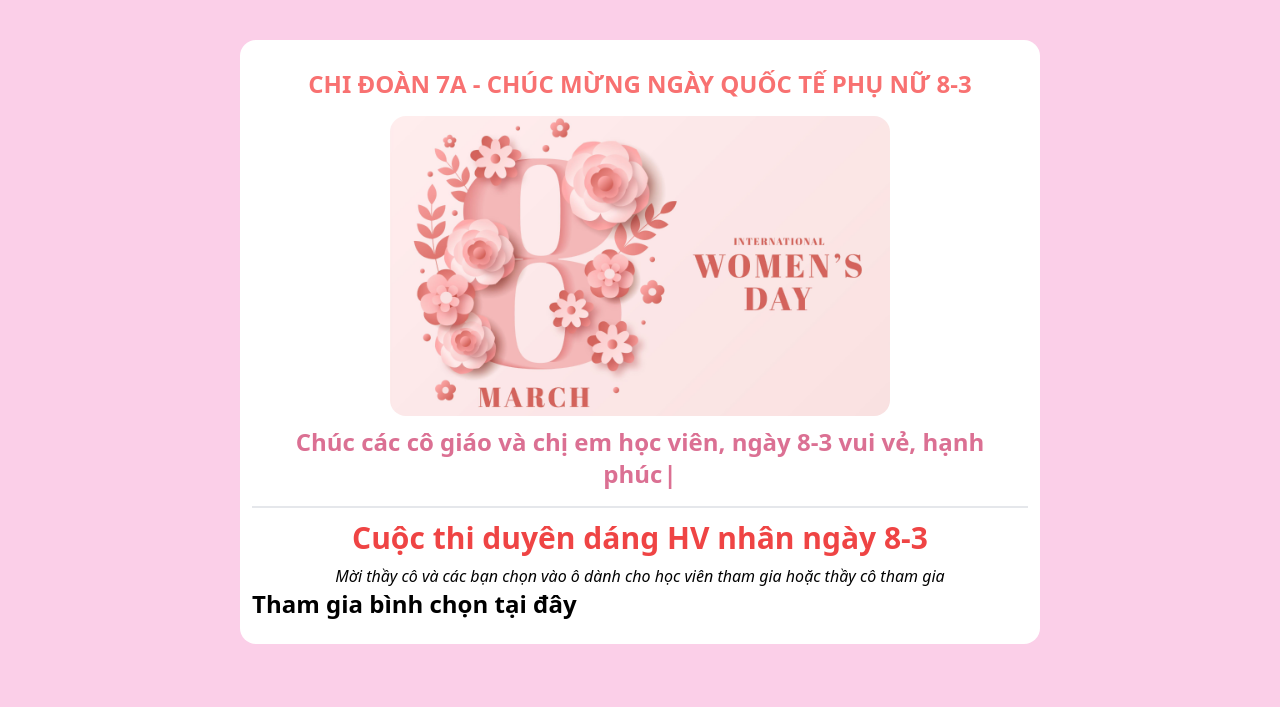
Repository: hoang0508/web-837A
Page: /
An editor plug-in stored every save of this project. The page is shown before and after the next save, followed by the edit.
The browser window is 1280 px wide. The pictures show the whole page.
Some web fonts or font styles are not loaded; a fallback is used. The project was rebuilt for these pictures with package versions that can differ from the ones it lists, and the page was loaded fresh each time. Also part of the build but not shown: vite.config.js.

Above is the page before, as saved 2025-02-28 19:25:23.

After the next save:
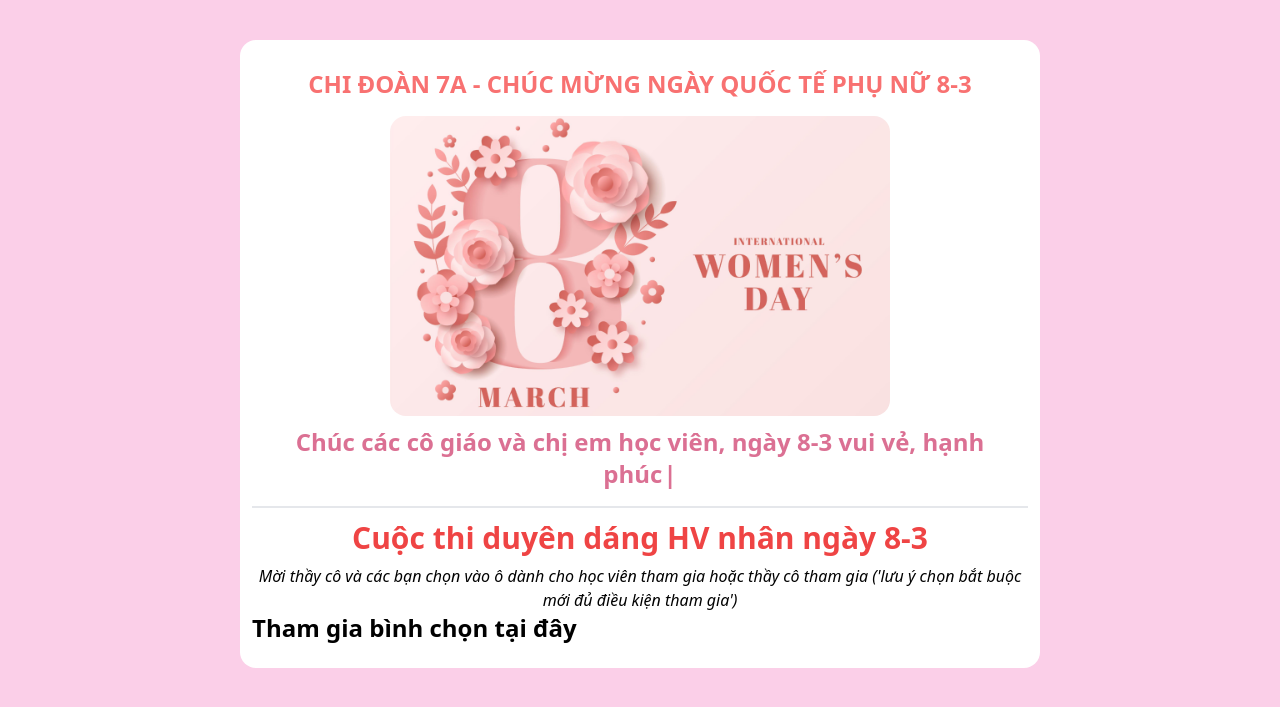
Saved 51 s later.
--- a/src/App.jsx
+++ b/src/App.jsx
@@ -40,7 +40,7 @@ function App() {
             </h3>
             <p className="text-center italic text-base font-light">
               Mời thầy cô và các bạn chọn vào ô dành cho học viên tham gia hoặc
-              thầy cô tham gia
+              thầy cô tham gia ('lưu ý chọn bắt buộc mới đủ điều kiện tham gia')
             </p>
             <button>Tham gia bình chọn tại đây</button>
           </div>
